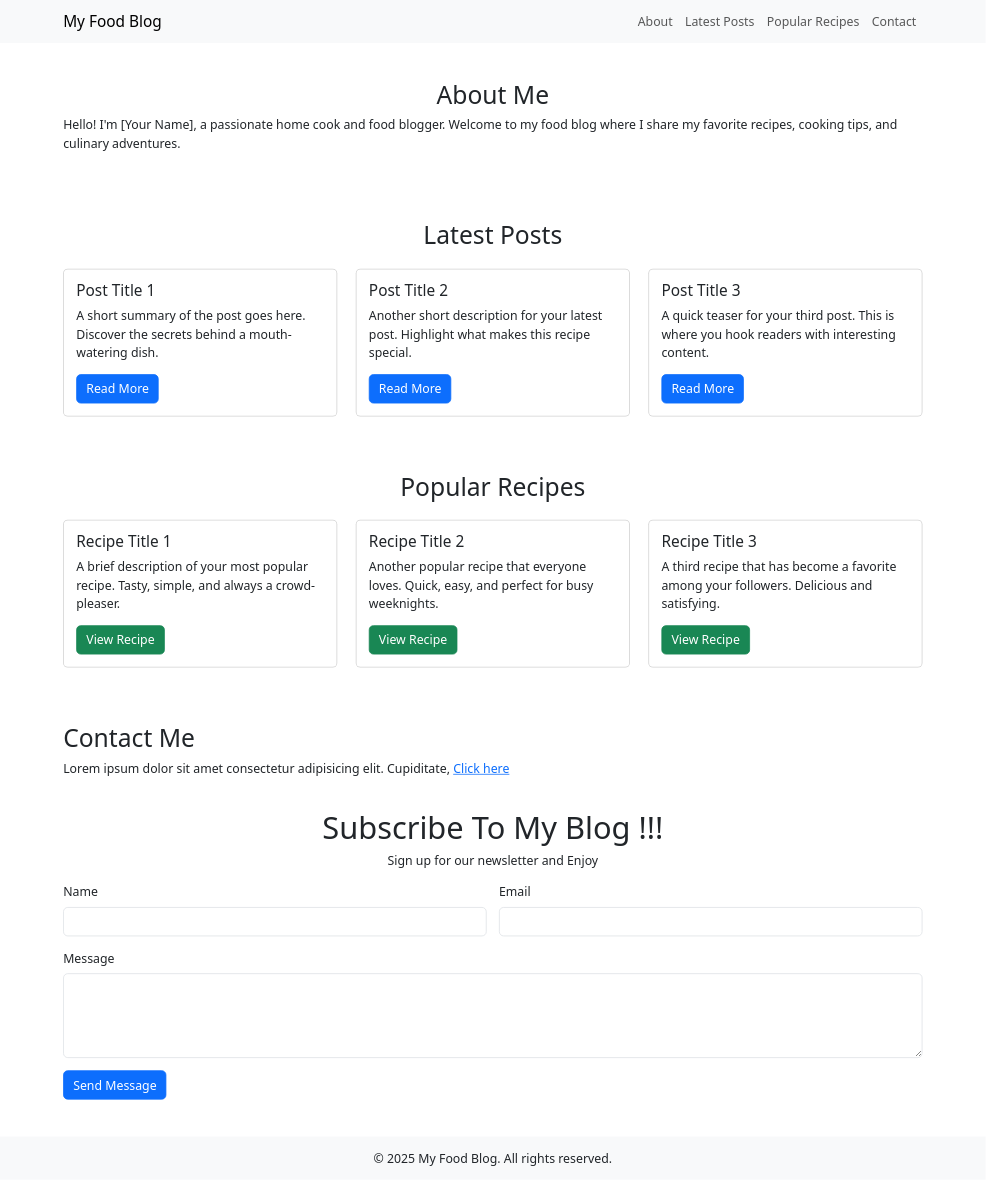
Repository: arunyerram/Web-TEChnologies
Page: 15.03.2025.html
An editor plug-in stored every save of this project. The page is shown before and after the next save, followed by the edit.
The browser window is 1280 px wide. The pictures show the whole page, at 77% of full size.

Above is the page before, as saved 2025-03-19 11:31:16.

### 15.03.2025.html
<!DOCTYPE html>
<html lang="en">
<head>
  <meta charset="UTF-8" />
  <meta name="viewport" content="width=device-width, initial-scale=1" />
  <title>My Food Blog</title>
  <!-- Bootstrap 5 CSS -->
  <link
    href="https://cdn.jsdelivr.net/npm/bootstrap@5.3.0/dist/css/bootstrap.min.css"
    rel="stylesheet"
  />
</head>
<body>

  <header>
    <nav class="navbar navbar-expand-lg navbar-light bg-light">
      <div class="container">
        <a class="navbar-brand" href="#">My Food Blog</a>
        <button
          class="navbar-toggler"
          type="button"
          data-bs-toggle="collapse"
          data-bs-target="#navbarSupportedContent"
          aria-controls="navbarSupportedContent"
          aria-expanded="false"
          aria-label="Toggle navigation"
        >
          <span class="navbar-toggler-icon"></span>
        </button>

        <div class="collapse navbar-collapse" id="navbarSupportedContent">
          <ul class="navbar-nav ms-auto mb-2 mb-lg-0">
            <li class="nav-item">
              <a class="nav-link" href="#about">About</a>
            </li>
            <li class="nav-item">
              <a class="nav-link" href="#latest-posts">Latest Posts</a>
            </li>
            <li class="nav-item">
              <a class="nav-link" href="#popular-recipes">Popular Recipes</a>
            </li>
            <li class="nav-item">
              <a class="nav-link" href="#contact">Contact</a>
            </li>
          </ul>
        </div>
      </div>
    </nav>
  </header>

  <main class="container my-5">

    <!-- About Section -->
    <section id="about" class="mb-5">
      <div class="row">
        <div class="col-md-4 text-center">
        </div>
        <div class="col-md-12">
          <h2 style="text-align:center">About Me</h2>
          <p>
            Hello! I'm [Your Name], a passionate home cook and food blogger.
            Welcome to my food blog where I share my favorite recipes,
            cooking tips, and culinary adventures.
          </p>
        </div>
      </div>
    </section>

    <br>
    <!-- Latest Blog Posts -->
    <section id="latest-posts" class="mb-5">
      <h2 class="mb-4" style="text-align:center">Latest Posts</h2>
      <div class="row row-cols-1 row-cols-md-3 g-4">
        <!-- Card 1 -->
        <div class="col">
          <div class="card">
            <!-- <img
              src="https://via.placeholder.com/300x200"
              class="card-img-top"
              alt="Post Image 1"
            /> -->
            <div class="card-body">
              <h5 class="card-title">Post Title 1</h5>
              <p class="card-text">
                A short summary of the post goes here. Discover the secrets
                behind a mouth-watering dish.
              </p>
              <a href="#" class="btn btn-primary">Read More</a>
            </div>
          </div>
        </div>
        <!-- Card 2 -->
        <div class="col">
          <div class="card">
            <!-- <img
              src="https://via.placeholder.com/300x200"
              class="card-img-top"
              alt="Post Image 2"
            /> -->
            <div class="card-body">
              <h5 class="card-title">Post Title 2</h5>
              <p class="card-text">
                Another short description for your latest post. Highlight
                what makes this recipe special.
              </p>
              <a href="#" class="btn btn-primary">Read More</a>
            </div>
          </div>
        </div>
        <!-- Card 3 -->
        <div class="col">
          <div class="card">
            <!-- <img
              src="https://via.placeholder.com/300x200"
              class="card-img-top"
              alt="Post Image 3"
            /> -->
            <div class="card-body">
              <h5 class="card-title">Post Title 3</h5>
              <p class="card-text">
                A quick teaser for your third post. This is where you hook
                readers with interesting content.
              </p>
              <a href="#" class="btn btn-primary">Read More</a>
            </div>
          </div>
        </div>
      </div>
    </section>

    <br>
    <!-- Popular Recipes -->
    <section id="popular-recipes" class="mb-5">
      <h2 class="mb-4" style="text-align:center">Popular Recipes</h2>
      <div class="row row-cols-1 row-cols-md-3 g-4">
        <!-- Recipe Card 1 -->
        <div class="col">
          <div class="card">
            <!-- <img
              src="https://via.placeholder.com/300x200"
              class="card-img-top"
              alt="Recipe Image 1"
            /> -->
            <div class="card-body">
              <h5 class="card-title">Recipe Title 1</h5>
              <p class="card-text">
                A brief description of your most popular recipe. Tasty,
                simple, and always a crowd-pleaser.
              </p>
              <a href="#" class="btn btn-success">View Recipe</a>
            </div>
          </div>
        </div>
        <!-- Recipe Card 2 -->
        <div class="col">
          <div class="card">
            <!-- <img
              src="https://via.placeholder.com/300x200"
              class="card-img-top"
              alt="Recipe Image 2"
            /> -->
            <div class="card-body">
              <h5 class="card-title">Recipe Title 2</h5>
              <p class="card-text">
                Another popular recipe that everyone loves. Quick, easy, and
                perfect for busy weeknights.
              </p>
              <a href="#" class="btn btn-success">View Recipe</a>
            </div>
          </div>
        </div>
        <!-- Recipe Card 3 -->
        <div class="col">
          <div class="card">
            <!-- <img
              src="https://via.placeholder.com/300x200"
              class="card-img-top"
              alt="Recipe Image 3"
            /> -->
            <div class="card-body">
              <h5 class="card-title">Recipe Title 3</h5>
              <p class="card-text">
                A third recipe that has become a favorite among your
                followers. Delicious and satisfying.
              </p>
              <a href="#" class="btn btn-success">View Recipe</a>
            </div>
          </div>
        </div>
      </div>
    </section>

    <br>

    <!-- Contact Section -->
    <section id="contact">
      <h2 >Contact Me</h2>
      <p>Lorem ipsum dolor sit amet consectetur adipisicing elit. Cupiditate, <a href="#">Click here</a></p>
    </section>

      <br>

    <section>
      <h1 style="text-align : center"> Subscribe To My Blog !!!</h1>
      <p style="text-align : center">Sign up for our newsletter and Enjoy </p>
      <form class="row g-3 needs-validation" novalidate>
        <div class="col-md-6">
          <label for="name" class="form-label">Name</label>
          <input
            type="text"
            class="form-control"
            id="name"
            required
          />
          <div class="invalid-feedback">
            Please provide your name.
          </div>
        </div>
        <div class="col-md-6">
          <label for="email" class="form-label">Email</label>
          <input
            type="email"
            class="form-control"
            id="email"
            required
          />
          <div class="invalid-feedback">
            Please provide a valid email address.
          </div>
        </div>
        <div class="col-12">
          <label for="message" class="form-label">Message</label>
          <textarea
            class="form-control"
            id="message"
            rows="4"
            required
          ></textarea>
          <div class="invalid-feedback">
            Please enter your message.
          </div>
        </div>
        <div class="col-12">
          <button class="btn btn-primary" type="submit">Send Message</button>
        </div>
      </form>
    </section>

  </main>

  <!-- ======= Footer ======= -->
  <footer class="bg-light text-center py-3">
    <p class="mb-0">&copy; 2025 My Food Blog. All rights reserved.</p>
  </footer>

  <!-- Bootstrap 5 JS (Popper + Bootstrap) -->
  <script
    src="https://cdn.jsdelivr.net/npm/bootstrap@5.3.0/dist/js/bootstrap.bundle.min.js"
  ></script>

  <!-- Form Validation Script -->
  <script>
    (function () {
      'use strict';
      const forms = document.querySelectorAll('.needs-validation');
      Array.prototype.slice.call(forms).forEach(function (form) {
        form.addEventListener('submit', function (event) {
          if (!form.checkValidity()) {
            event.preventDefault();
            event.stopPropagation();
          }
          form.classList.add('was-validated');
        }, false);
      });
    })();
  </script>
</body>
</html>

After the next save:
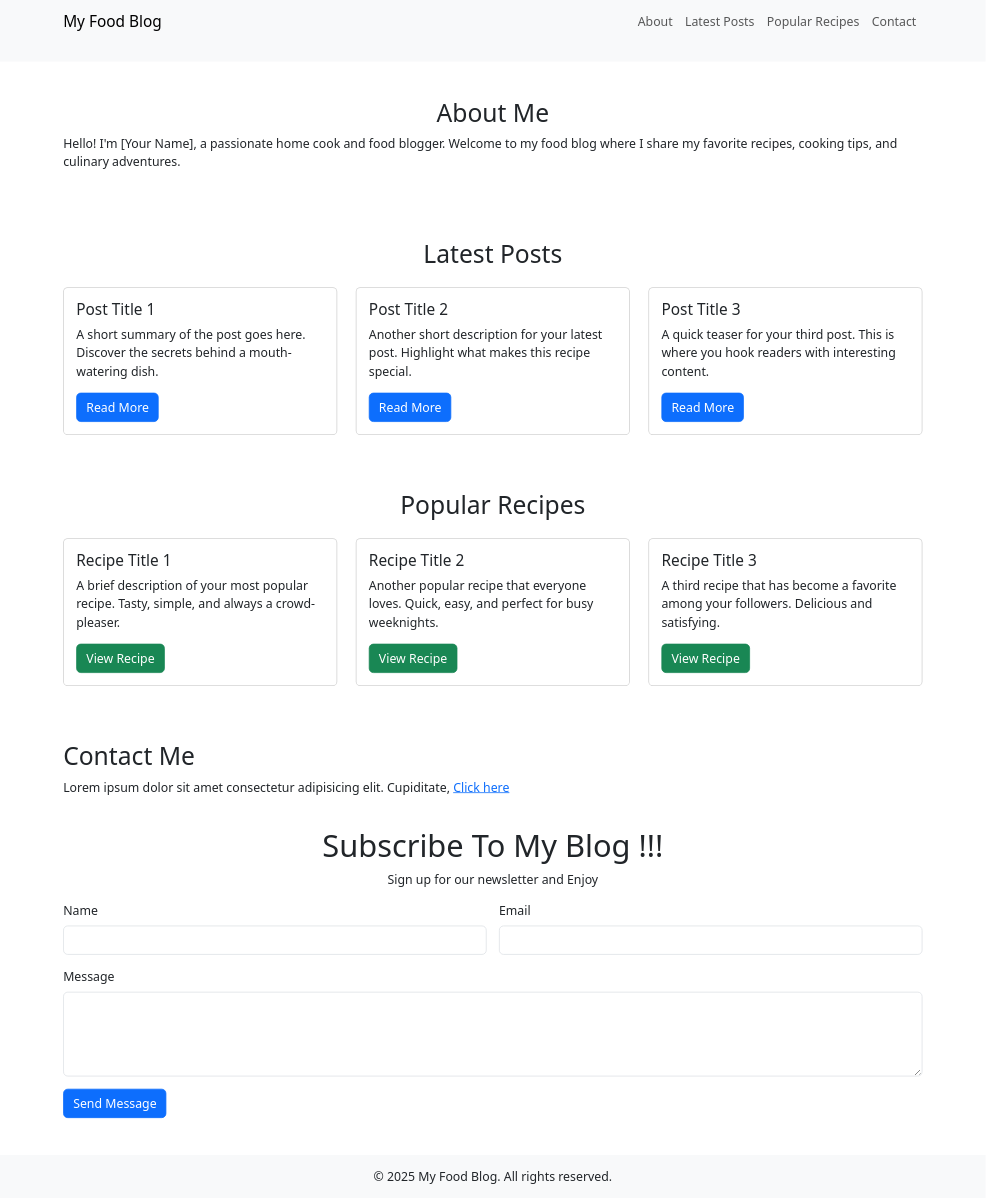
Saved 47 s later.
--- a/15.03.2025.html
+++ b/15.03.2025.html
@@ -14,7 +14,7 @@
 
   <header>
     <nav class="navbar navbar-expand-lg navbar-light bg-light">
-      <div class="container">
+      <div class="container mb-4">
         <a class="navbar-brand" href="#">My Food Blog</a>
         <button
           class="navbar-toggler"

After the save that followed:
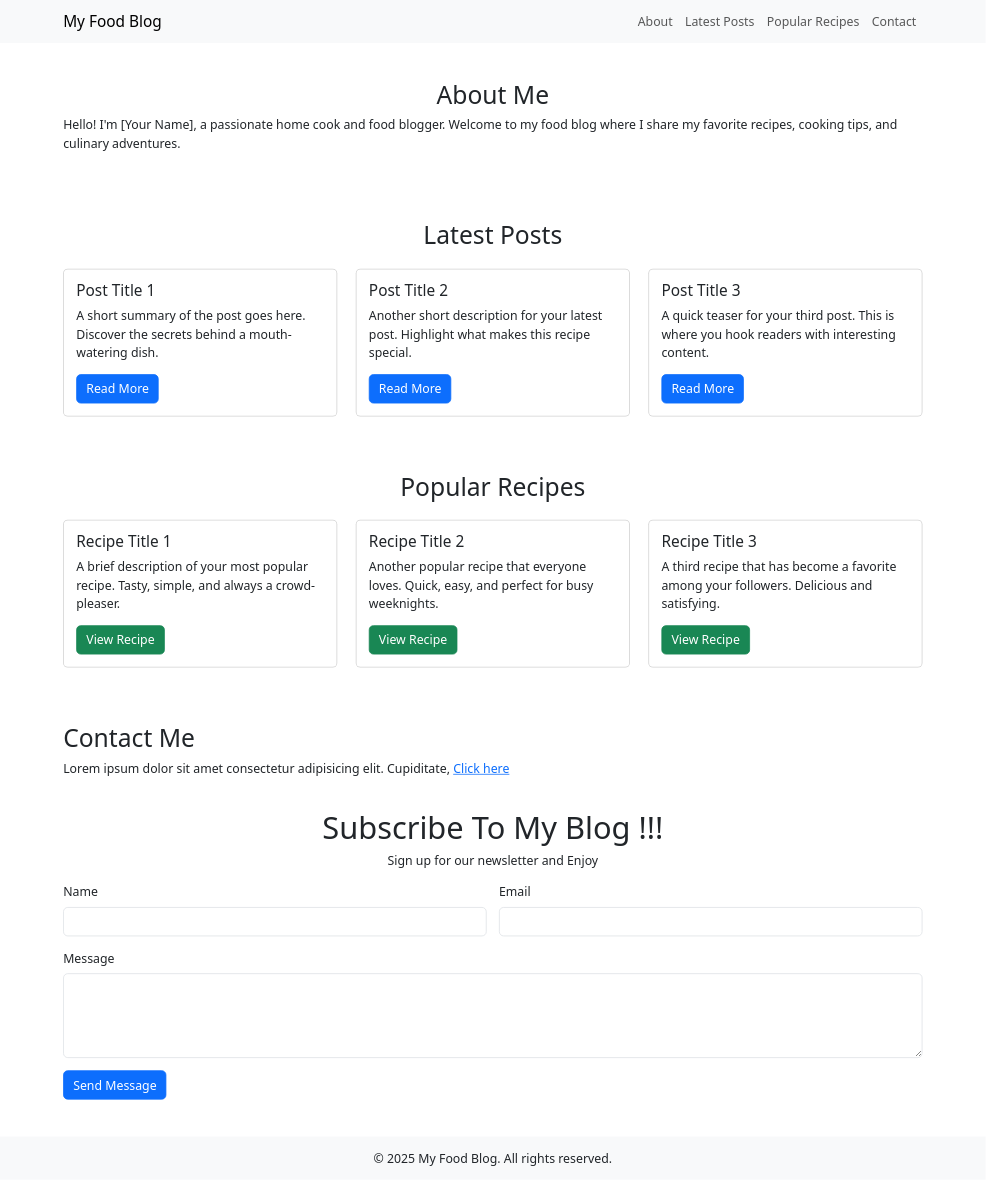
Saved 6 s later.
--- a/15.03.2025.html
+++ b/15.03.2025.html
@@ -14,7 +14,7 @@
 
   <header>
     <nav class="navbar navbar-expand-lg navbar-light bg-light">
-      <div class="container mb-4">
+      <div class="container mb-12">
         <a class="navbar-brand" href="#">My Food Blog</a>
         <button
           class="navbar-toggler"
